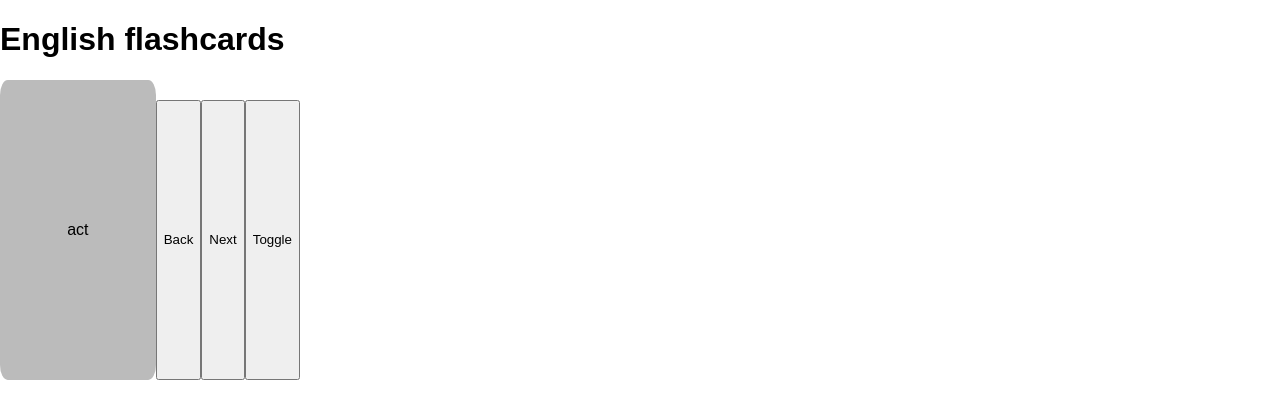
Repository: AdrianGizycki/English-Flashcards
Page: index.html
An editor plug-in stored every save of this project. The page is shown before and after a run of saves, followed by the edit.
The browser window is 1280 px wide. The pictures show the whole page.

Above is the page before, as saved 2019-09-15 15:16:40.

### index.html
<!DOCTYPE html>
<html lang="en">
<head>
    <meta charset="UTF-8">
    <meta name="viewport" content="width=device-width, initial-scale=1.0">
    <meta http-equiv="X-UA-Compatible" content="ie=edge">
    <link rel="stylesheet" type="text/css" href="style.css">
    <title>English Flashcards</title>
</head>
<body>
    <div class="mainDiv">
        <h1> English flashcards</h1>
        <div class="flip-card">
            <div class="flip-card-inner" id="rot">
                <div class="flip-card-front">
                    <div class="divContents1"></div>
                </div>
                <div class="flip-card-back">
                    <div class="divContents2"></div>
                </div>
                </div>
            <button class="btn1">Back</button>
            <button class="btn2">Next</button>
            <button class="btn3">Toggle</button>
        </div>
    </div>

    <script src="app.js" type="text/javascript"></script>
</body>
</html>

### style.css
body {
    font-family: Arial, Helvetica, sans-serif;
    height: 100%;
    padding: 0;
    margin: 0;
    box-sizing: border-box;
  }
  .mainDiv {

  }

  .flip-card {
    background-color: transparent;
    width: 300px;
    height: 300px;
    perspective: 1000px;
    border-radius: 5%;
    display: flex;
    justify-content: center;
    justify-items: center;
  }

  .flip-card-inner {
    position: relative;
    width: 100%;
    height: 100%;
    text-align: center;
    transition: transform 1s;
    transform-style: preserve-3d;
    /* box-shadow: 0 4px 8px 0 rgba(0, 0, 0, 0.5); */
  }

  .flip-card:hover .flip-card-inner {
    transform: rotateY(180deg);
  }

  .flip-card-front,
  .flip-card-back {
    position: absolute;
    width: 100%;
    height: 100%;
    backface-visibility: hidden;
    display: flex;
    align-items: center;
    justify-content: center;
  }

  .flip-card-front {
    background-color: #bbb;
    color: black;
    border-radius: 5%;
  }

  .flip-card-back {
    background-color: #2980b9;
    color: white;
    transform: rotateY(180deg);
    border-radius: 5%;
  }

  .btn1,
  .btn2,
  .btn3 {
      margin-top: 20px;
  }

### app.js
const englishWords = ['above', 'across', 'act',]
const polishWords = ['powyżej / nad / u góry', 'przez coś', 'akt / czyn / działanie']
if (englishWords !== polishWords) {
    console.log('ok')
} else {
    console.log('not ok')
}
// const englishWords = ['above', 'across', 'act', 'ahead', 'along',]
//  'among', 'amount', 'any', 'anyone', 'appear', 'approach', 'arms', 'around', 'art', 'as', 'attack', 'attempt', 'august', 'autumn', 'away', 'base', 'bear', 'become', 'began', 'beginning', 'behind', 'believe', 'belong', 'below', 'beyound', 'bill', 'bit', 'block', 'blood', 'blow', 'board', 'bottom', 'branch', 'break', 'bridge', 'bright', 'building', 'burn', 'capital', 'carry', 'case', 'cause', 'central', 'centre', 'century', 'certain', 'certainly', 'claim', 'coat', 'common', 'complete', 'concern', 'conditio', 'consider', 'continue', 'control', 'corner', 'count'];
// const polishWords = ['powyżej / nad / u góry', 'przez coś', 'akt / czyn / działanie', 'przed', 'wzdłuż', 'między / pośród', 'ilość', 'jakikolwiek', 'nikt', 'pojawić się', 'podejście', 'herb / uzbrojony', 'wokół / dookoła / w pobliżu', 'sztuka', 'jako/ tak jak', 'atak', 'próba', 'sierpień', 'jesień', 'od /daleko / z dala / z daleka', 'podstawa', 'niedźwiedź', 'zostać', 'rozpoczął', 'początek', 'za / z tyłu', 'wierzyć', 'należeć', 'poniżej', 'poza', 'za (czymś)', 'po drugiej stronie (czegoś)', 'dalej', 'projekt ustawy', 'rachunek', 'kawałek', 'klocek', 'krew', 'cios / dmuchać / wiać', 'deska', 'dolny', 'oddział / gałąź / rozgałęzienie', 'most', 'jasny', 'budynek', 'oparzenie', 'stolica', 'nieść', 'przypadek / walizka', 'przyczyna / powód', 'centralny / środkowy', 'środek', 'wiek', 'pewny', 'rzeczywiście / z pewnością / na pewno', 'roszczenie', 'sierść / powlekać / płaszcz / okrywać cienką warstwą', 'pospolity', 'cały / całkowity / pełny', 'troska', 'warunek', 'rozważać', 'kontynuować', 'kontrola', 'róg / narożnik', 'liczba / liczyć się']
const divContents1 = document.querySelector(".divContents1");
const divContents2 = document.querySelector(".divContents2");
const btnBeck = document.querySelector(".btn1");
const btnNext = document.querySelector(".btn2");
const btnToggle = document.querySelector(".btn3");
const visCard = document.querySelector(".flip-card-front");
const unvisCard = document.querySelector(".flip-card-back");
const flipCard = document.querySelector('#rot');
const max = englishWords.length;
const min = 0


var counter = Math.floor(Math.random() * (max - min)) + min;
console.log(counter);
divContents1.innerText = englishWords[counter];
divContents2.innerText = polishWords[counter];


btnNext.addEventListener('click', function(){
    if (counter === max - 1) {
        counter = -1;
    }
    counter++;
  divContents1.innerText = englishWords[counter];
  divContents2.innerText = polishWords[counter];
  console.log(counter);

});

btnBeck.addEventListener('click', function(){
  counter--;
  if (counter === -1) {
    counter = max - 1;
  }
  divContents1.innerText = englishWords[counter];
  divContents2.innerText = polishWords[counter];
  console.log(counter);

});

// flipCard.addEventListener('click', () => {
//     console.log("test");
//     flipCard.
// });

After the next 2 saves:
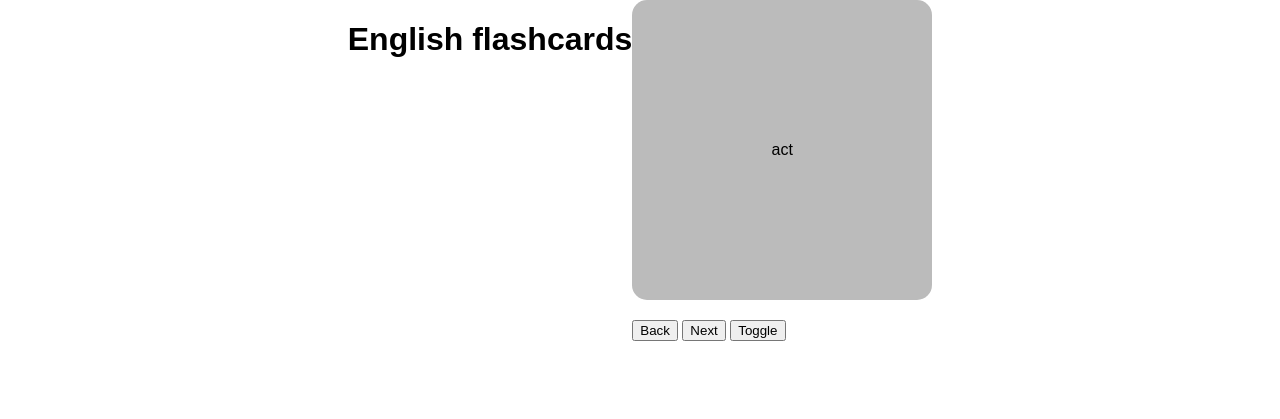
The 2 saves are shown as one change because they came seconds apart.
The last was saved 10 s later.
--- a/style.css
+++ b/style.css
@@ -6,7 +6,9 @@ body {
     box-sizing: border-box;
   }
   .mainDiv {
-
+    display: flex;
+    justify-content: center;
+    justify-items: center;
   }
 
   .flip-card {
@@ -15,9 +17,7 @@ body {
     height: 300px;
     perspective: 1000px;
     border-radius: 5%;
-    display: flex;
-    justify-content: center;
-    justify-items: center;
+
   }
 
   .flip-card-inner {
